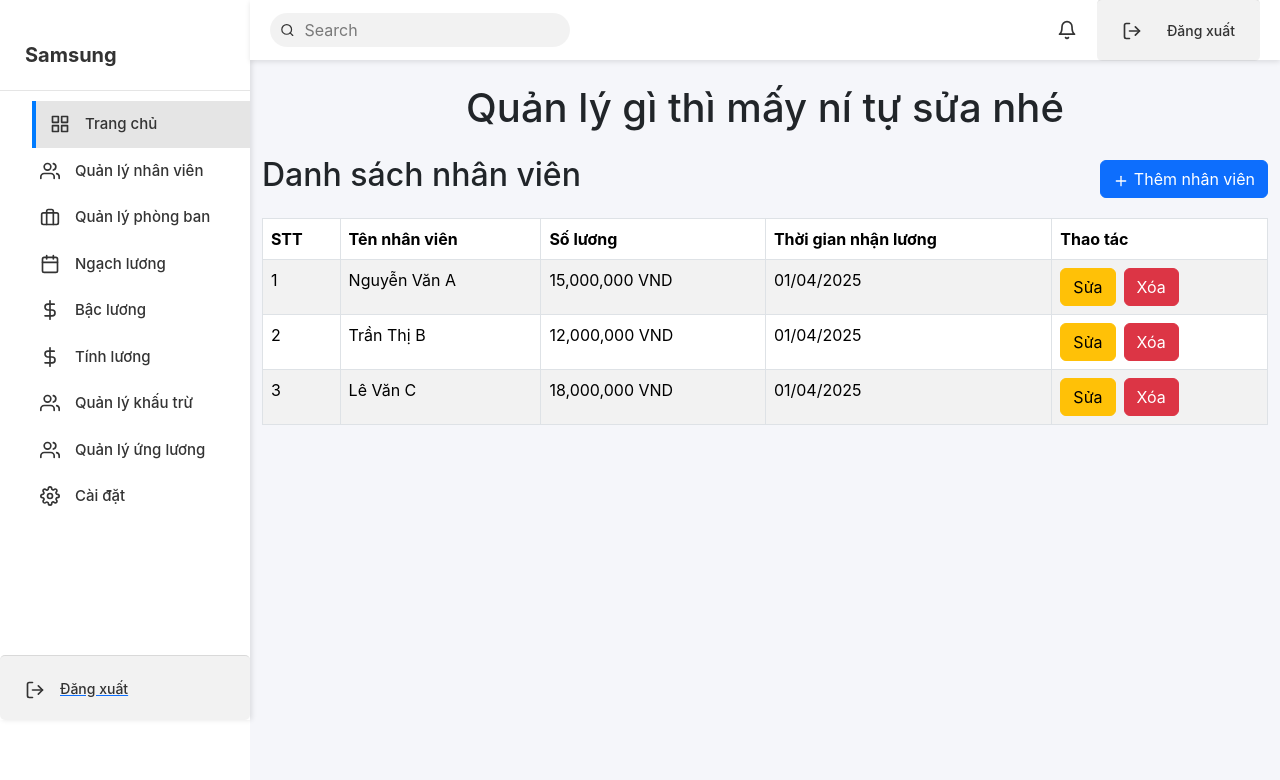
Repository: lenb2109136/HTTTQL
Page: /
These files come from the project's save history. The page is drawn as it stood at one moment and after the next save; the edit follows.
The browser window is 1280 px wide. The pictures show the whole page.
The project was rebuilt for these pictures with package versions that can differ from the ones it lists, and the page was loaded fresh each time.

Above is the page before, as saved 2025-03-28 13:09:28.

After the next save:
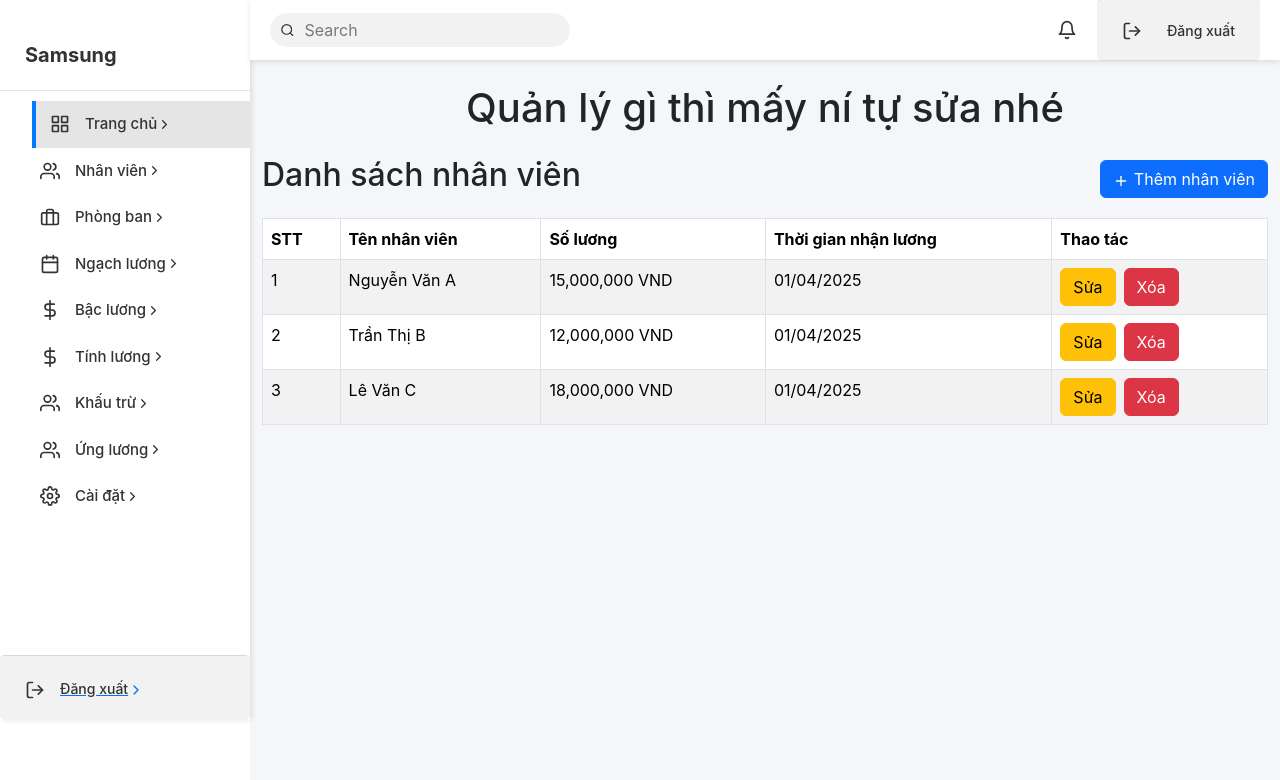
Saved 70 s later.
--- a/src/component/admin/SideBar.js
+++ b/src/component/admin/SideBar.js
@@ -9,6 +9,7 @@
   FiDollarSign,
   FiSettings,
   FiLogOut,
+  FiChevronRight, // Dấu >
 } from 'react-icons/fi';
 
 const Sidebar = () => {
@@ -24,30 +25,35 @@
           <Link to="/">
             <FiGrid className="menu-icon" />
             <span>Trang chủ</span>
+            <FiChevronRight className="chevron-icon" />
           </Link>
         </li>
         <li className={location.pathname === '/employees' ? 'active' : ''}>
           <Link to="/employees">
             <FiUsers className="menu-icon" />
-            <span>Quản lý nhân viên</span>
+            <span>Nhân viên</span>
+            <FiChevronRight className="chevron-icon" />
           </Link>
         </li>
         <li className={location.pathname === '/departments' ? 'active' : ''}>
           <Link to="/departments">
             <FiBriefcase className="menu-icon" />
-            <span>Quản lý phòng ban</span>
+            <span>Phòng ban</span>
+            <FiChevronRight className="chevron-icon" />
           </Link>
         </li>
         <li className={location.pathname === '/salary-scale' ? 'active' : ''}>
           <Link to="/salary-scale">
             <FiCalendar className="menu-icon" />
             <span>Ngạch lương</span>
+            <FiChevronRight className="chevron-icon" />
           </Link>
         </li>
         <li className={location.pathname === '/pay-grade' ? 'active' : ''}>
           <Link to="/pay-grade">
             <FiDollarSign className="menu-icon" />
             <span>Bậc lương</span>
+            <FiChevronRight className="chevron-icon" />
           </Link>
         </li>
         <li
@@ -58,24 +64,28 @@
           <Link to="/salary-calculation">
             <FiDollarSign className="menu-icon" />
             <span>Tính lương</span>
+            <FiChevronRight className="chevron-icon" />
           </Link>
         </li>
         <li className={location.pathname === '/deductions' ? 'active' : ''}>
           <Link to="/deductions">
             <FiUsers className="menu-icon" />
-            <span>Quản lý khấu trừ</span>
+            <span>Khấu trừ</span>
+            <FiChevronRight className="chevron-icon" />
           </Link>
         </li>
         <li className={location.pathname === '/salary-advance' ? 'active' : ''}>
           <Link to="/salary-advance">
             <FiUsers className="menu-icon" />
-            <span>Quản lý ứng lương</span>
+            <span>Ứng lương</span>
+            <FiChevronRight className="chevron-icon" />
           </Link>
         </li>
         <li className={location.pathname === '/settings' ? 'active' : ''}>
           <Link to="/settings">
             <FiSettings className="menu-icon" />
             <span>Cài đặt</span>
+            <FiChevronRight className="chevron-icon" />
           </Link>
         </li>
       </ul>
@@ -83,6 +93,7 @@
         <Link to="/logout" className="logout-link">
           <FiLogOut className="logout-icon" />
           <span>Đăng xuất</span>
+          <FiChevronRight className="chevron-icon" />
         </Link>
       </div>
     </div>
